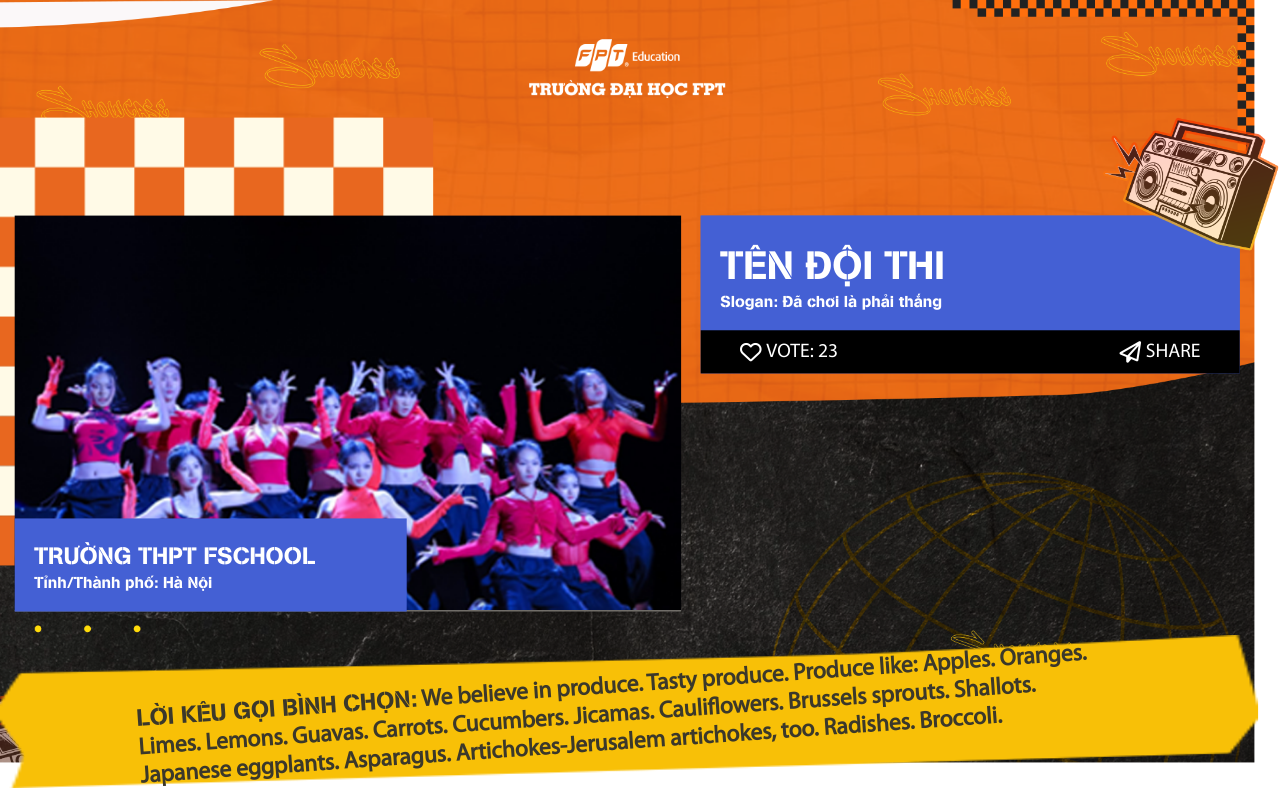
Repository: dinhtri123/hola_fpt
Page: detail.html
An editor plug-in stored every save of this project. The page is shown before and after the next save, followed by the edit.
The browser window is 1280 px wide. The page is 1305 px wide, so the pictures cover 1305 px, including what lies to the right of the window. The pictures show the whole page, at 98% of full size.

Above is the page before, as saved 2025-01-04 22:58:10.

After the next save:
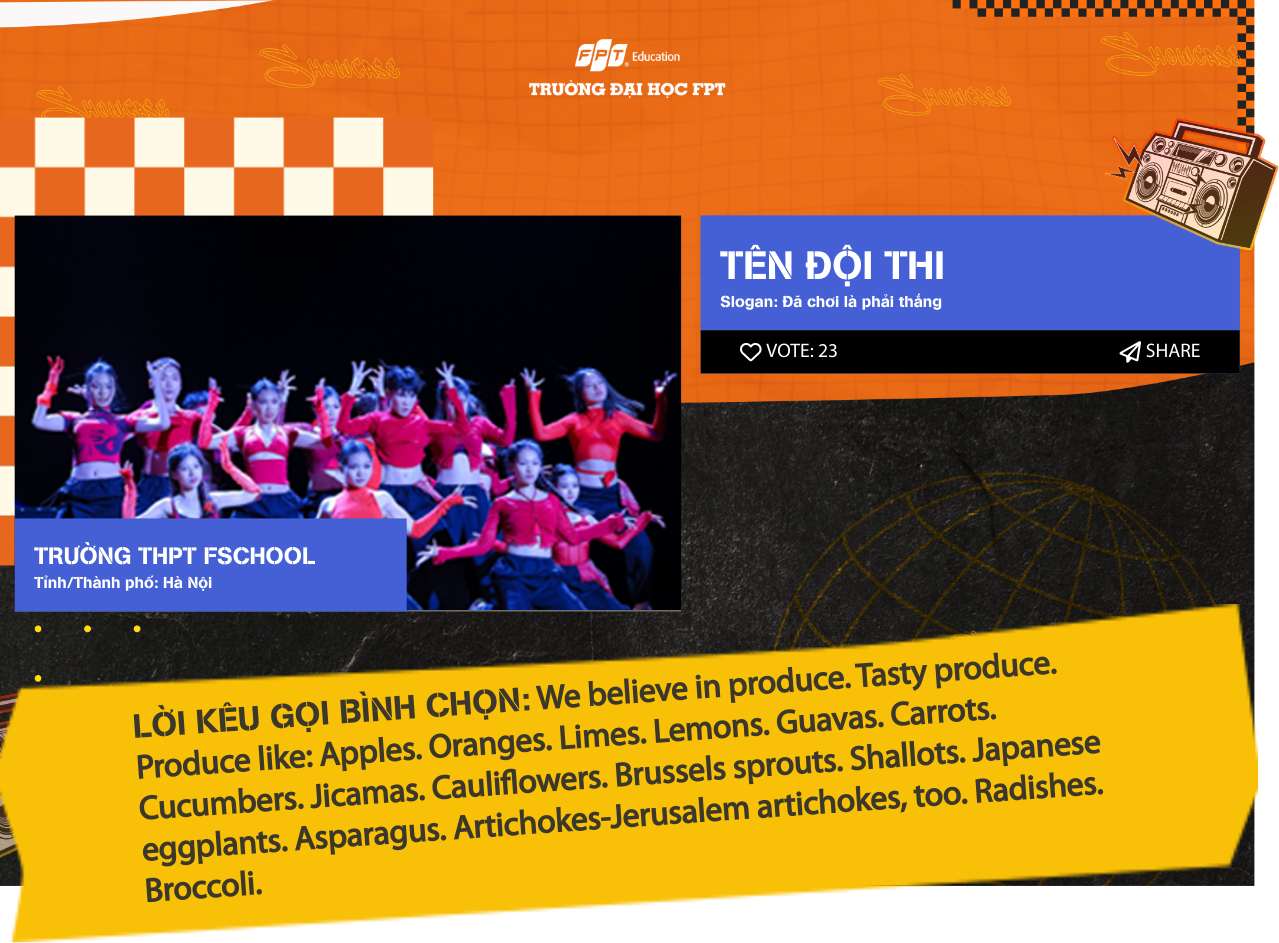
Saved 19 s later.
--- a/styles.css
+++ b/styles.css
@@ -433,7 +433,7 @@
   height: 100%;
 }
 .detail .news-item-desc p {
-  font-size: 24px;
+  font-size: 34px;
 }
 .detail .news-item-desc {
   transform: translate(0);
